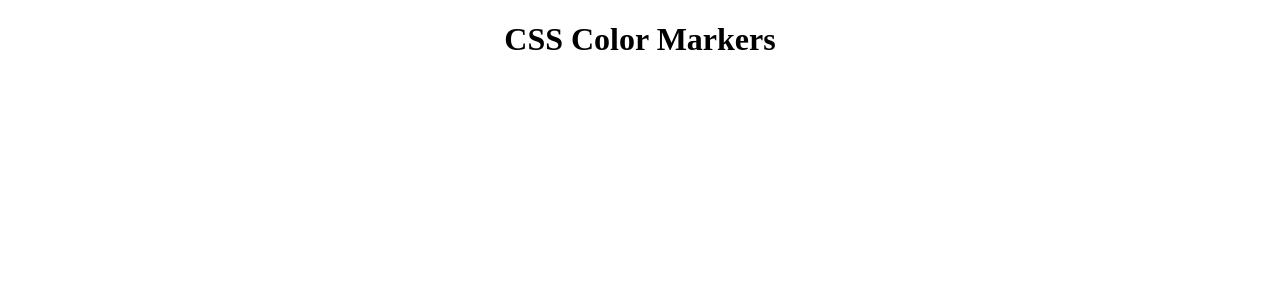
Repository: AimenDje/ColoredMarkers
Page: index.html
An editor plug-in stored every save of this project. The page is shown before and after the next save, followed by the edit.
The browser window is 1280 px wide. The pictures show the whole page.

Above is the page before, as saved 2025-05-08 00:53:27.

### index.html
<!DOCTYPE html>
<html lang="en">
    <head>
        <meta charset="utf-8">
        <meta name="viewport" content="width=device-width, initial-scale=1.0">
        <link rel="stylesheet" href="styles.css">
        <title>Colored Markers</title>
    </head>
    <body>
        <h1>CSS Color Markers</h1>
        <div class="container">
          <div class="marker"> </div>
        </div>
      </body>
</html>

### styles.css
h1 {
    text-align:center;
}

.marker{
    background-color:red;
  }

After the next save:
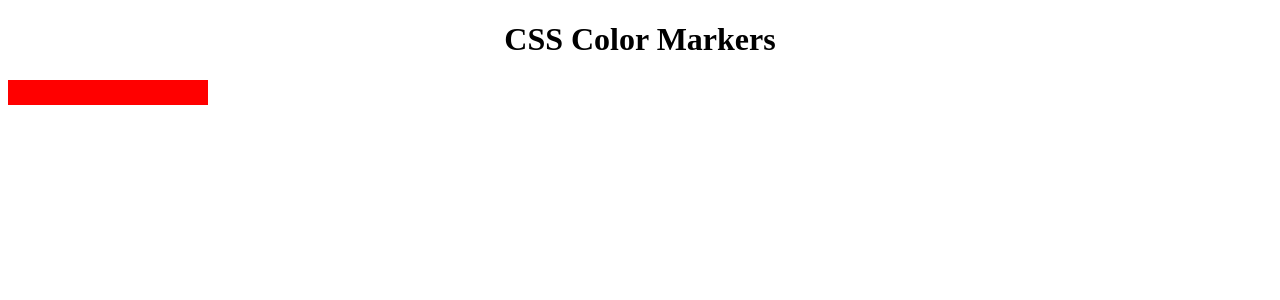
Saved 69 s later.
--- a/styles.css
+++ b/styles.css
@@ -2,6 +2,8 @@
     text-align:center;
 }
 
-.marker{
-    background-color:red;
+.marker {
+    background-color: red;
+    height:25px;
+    width:200px;
   }
